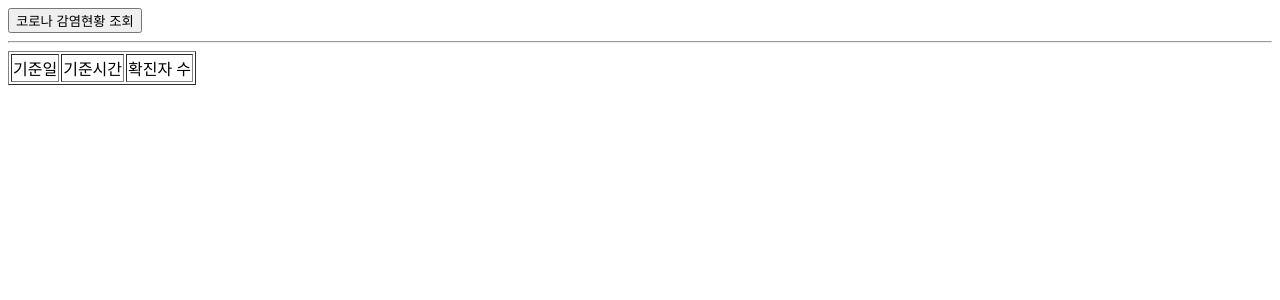
Repository: jeehui/JSPStudy
Page: http://localhost/OPENAPI_PRAC/covid/covid.jsp
The author's editor kept a copy of each file at every save. The page is drawn from the files as they stood at one save, then again after the next save.
The browser window is 1280 px wide. The pictures show the whole page.
The page is served by Tomcat 9. Other server files are loaded and not shown.

Above is the page before, as saved 2022-05-04 04:04:54.
Console error: ReferenceError: fnCovid19InfStateJson is not defined

### OPENAPI_PRAC/src/main/webapp/covid/covid.jsp
<%@ page language="java" contentType="text/html; charset=UTF-8"
    pageEncoding="UTF-8"%>
<!DOCTYPE html>
<html>
<head>
<meta charset="UTF-8">
<title>Insert title here</title>
<script src="https://code.jquery.com/jquery-3.6.0.js" integrity="sha256-H+K7U5CnXl1h5ywQfKtSj8PCmoN9aaq30gDh27Xc0jk=" crossorigin="anonymous"></script>
<script>

	//페이지 로드 이벤트
	$(document).ready(function(){
		fnCovid19InfStateJson();
	})

</script>
</head>
<body>
	<input type="button" value="코로나 감염현황 조회"  id="btn">

	<hr>

	<table border="1">
		<thead>
			<tr>
				<td>기준일</td>
				<td>기준시간</td>
				<td>확진자 수</td>
			</tr>
		</thead>
	</table>
</body>
</html>

After the next save:
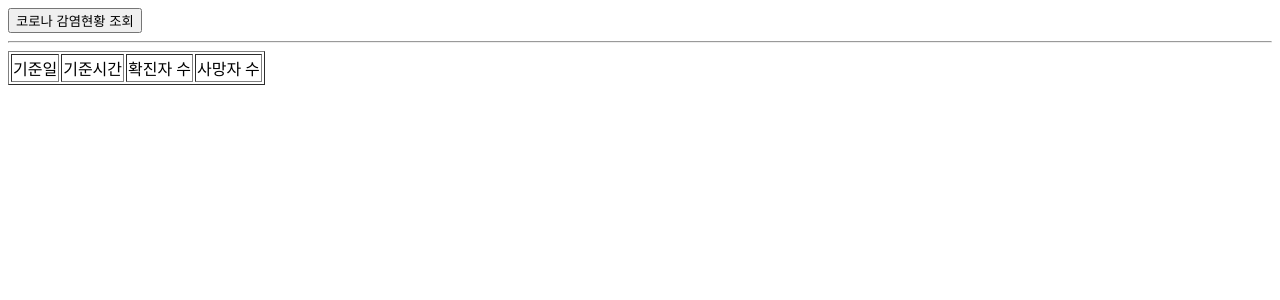
Saved 7 s later.
--- a/OPENAPI_PRAC/src/main/webapp/covid/covid.jsp
+++ b/OPENAPI_PRAC/src/main/webapp/covid/covid.jsp
@@ -26,6 +26,7 @@
 				<td>기준일</td>
 				<td>기준시간</td>
 				<td>확진자 수</td>
+				<td>사망자 수</td>
 			</tr>
 		</thead>
 	</table>
